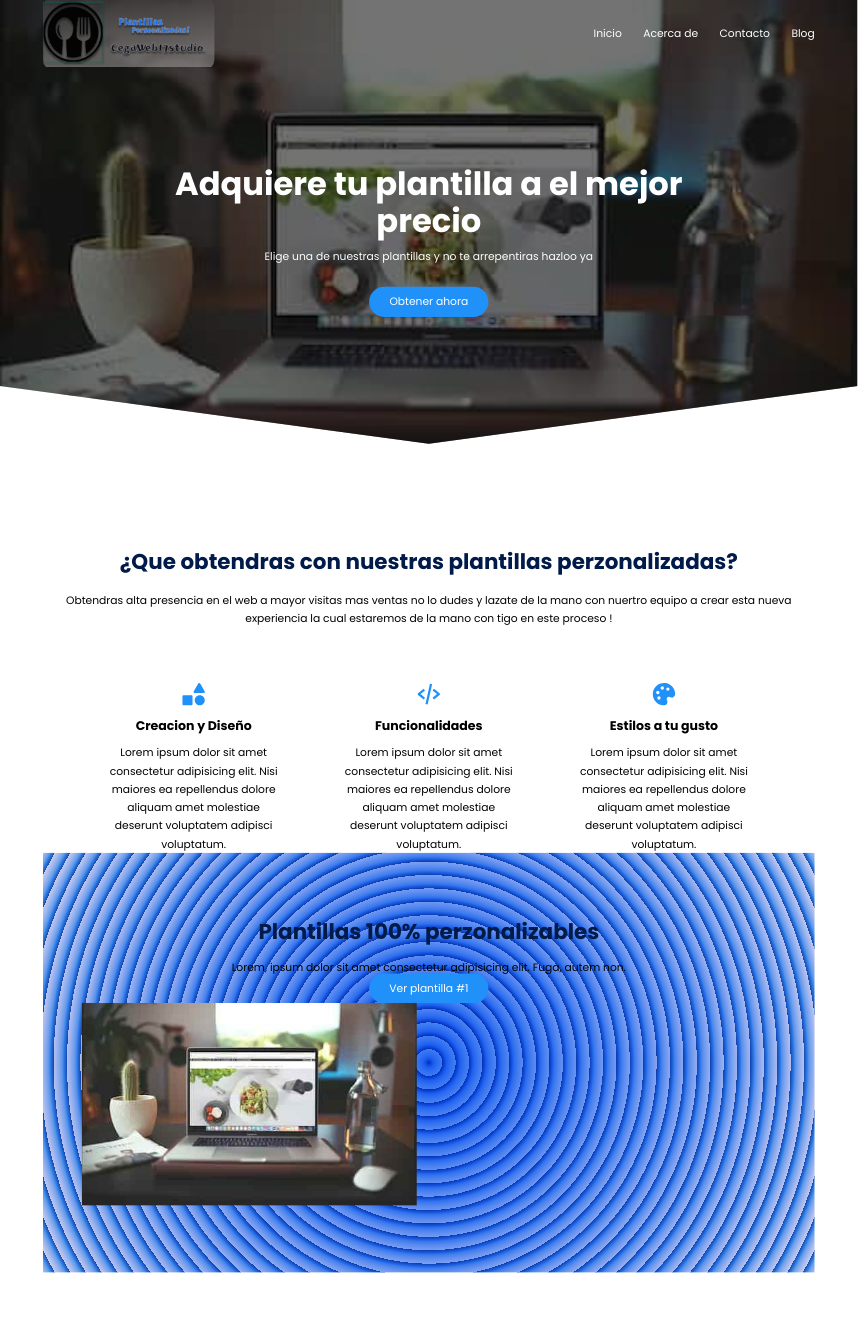
Repository: cega17/una-pagina-web
Page: index.html
These files come from the project's save history. The page is drawn as it stood at one moment and after the next save; the edit follows.
The browser window is 1280 px wide. The pictures show the whole page, at 67% of full size.

Above is the page before, as saved 2023-10-30 00:25:28.

### index.html
<!DOCTYPE html>
<html lang="en">
<head>
    <meta charset="UTF-8">
    <meta http-equiv="X-UA-Compatible" content="IE=edge">
    <meta name="viewport" content="width=device-width, initial-scale=1.0">
    <title>Una pagina web</title>
    <link rel="stylesheet" href="./css/normalize.css">
    <link rel="stylesheet" href="./css/styles.css">
    <link rel="icon" href="./imgs/logo.ico">
    <meta name="theme-color" content="#2091F9">

    <meta name="title" content="Obten la plantilla para tu negocio">
    <meta name="description"
        content="Hola, somos un equipo de desarrollo web que verás cuando busques algo de mi temática en Google.">
        <meta property="og:type" content="website">
    <meta property="og:url" content="Tu cueta donde este alojada la pagina web">

</head>
<body>

    <header class="hero">
        <nav class="nav container">
            <div class="nav__logo">
                <img src="./imgs/logo.ico" alt="" class="nav__title">
            </div>

            <ul class="nav__link nav__link--menu">
                <li class="nav__items">Inicio</li>
                <li class="nav__items">Acerca de</li>
                <li class="nav__items">Contacto</li>
                <li class="nav__items">Blog</li>

                <img src="./imgs/close.svg" alt="" class="nav__close">

            </ul>
            <div class="nav__menu">
                <img src="./imgs/menu.svg" alt="" class="nav__img">
            </div>
        </nav>

        <section class="hero__container container">
            <h1 class="hero__title">Adquiere tu plantilla a el mejor precio</h1>
            <p class="hero__paragraph">Elige una de nuestras plantillas y no te arrepentiras hazloo ya</p>
            <a href="#" class="cta">Obtener ahora</a>

        </section>

    </header>

    <main>

        <section class="container about">
            <h2 class="subtitle">¿Que obtendras con nuestras plantillas perzonalizadas?</h2>

            <p class="about__paragraph">Obtendras alta presencia en el web a mayor visitas mas ventas no lo dudes y lazate de la mano con nuertro equipo a crear esta nueva experiencia la cual estaremos de la mano con tigo en este proceso !
            </p>

            <div class="about__main">

                <article class="about__icons">
                    <img src="./imgs/shapes.svg" alt="" class="about__icon">
                    <h3 class="about__title">Creacion y Diseño</h3>
                    <p class="about__paragraph">Lorem ipsum dolor sit amet consectetur adipisicing elit. Nisi maiores ea repellendus dolore aliquam amet molestiae deserunt voluptatem adipisci voluptatum.</p>
                </article>

                <article class="about__icons">
                    <img src="./imgs/code.svg" alt="" class="about__icon">
                    <h3 class="about__title">Funcionalidades</h3>
                    <p class="about__paragraph">Lorem ipsum dolor sit amet consectetur adipisicing elit. Nisi maiores ea repellendus dolore aliquam amet molestiae deserunt voluptatem adipisci voluptatum.</p>
                </article>

                <article class="about__icons">
                    <img src="./imgs/paint.svg" alt="" class="about__icon">
                    <h3 class="about__title">Estilos a tu gusto </h3>
                    <p class="about__paragraph">Lorem ipsum dolor sit amet consectetur adipisicing elit. Nisi maiores ea repellendus dolore aliquam amet molestiae deserunt voluptatem adipisci voluptatum.</p>
                </article>

            </div>

            <section class="knowledge">
                <div class="knowledge__container container">
                    <div class="knowledge__texts">
                        <h2 class="subtitle">Plantillas 100% perzonalizables</h2>
                        <p class="knowledge__paragraph">Lorem, ipsum dolor sit amet consectetur adipisicing elit. Fuga, autem non.</p>
                        <a href="" class="cta">Ver plantilla #1</a>
                    </div>

                <figure class="knowledge__picture">
                    <img src="./imgs/fondo-una-pagina.jpg" class="knowledge__img" alt="">

                </figure>
            </section>
        </div>

    </main>

</body>
</html>

### css/styles.css
@import url('https://fonts.googleapis.com/css2?family=Poppins:wght@300;400;600;700&display=swap');

:root {
    --padding-container: 100px 0;
    --color-title: #001A49;
}

body {
    font-family: 'Poppins', sans-serif;
}
.container{
    width: 90%;
    max-width: 1200px;
    margin: 0 auto;
    overflow: hidden;
    padding: var(--padding-container);
}

.hero{

    width: 100%;
    height: 100vh;
    min-height: 600px;
    max-height: 800px;
    position: relative;
    display: grid;
    grid-template-rows: 100px 1fr;
    color: #fff;
}

.hero::before{
    content: "";
    position: absolute;
    top: 0;
    left: 0;
    width: 100%;
    height: 100%;
    background-image: linear-gradient(180deg, #0000008c 0%, #0000008c 100%), url('../imgs/fondo-una-pagina.jpg');
    background-size: cover;
    clip-path: polygon(0 0, 100% 0, 100% 80%, 50% 92%, 0 80%);
    z-index: -1;
}

/* Inicio de nav*/

.nav{
    --padding-container:0;
    height: 100%;
    display:flex;
    align-items: center;
}
.nav__title{
    font-weight: 300;
}

.nav__link{
    margin-left: auto;
    padding: 0;
    display: grid;
    grid-auto-flow: column;
    grid-auto-columns: max-content;
    gap: 2em;
}
.nav__items{
    list-style: none;
}
.nav__links{
    color:#fff;
    text-decoration: none;
}
.nav__menu{
    margin-left: auto;
    cursor: pointer;
    display:none;
}
.nav__img{
    display: block;
    width: 30px;
}
.nav__close{
    display: var(--show, none);
}

/* fin de nav */

/* Inicio hero container */

.hero__container{
    max-width: 800px;
    --padding-container:0;
    display: grid;
    grid-auto-rows: max-content;
    align-content: center;
    gap: 1em;
    padding-bottom: 100px;
    text-align: center;
}
.nav__logo{
    background:linear-gradient(180deg, #4441418c 0%, #aeaaaa84 100%);
    border-radius:15px;


}
.hero__title{
    font-size: 3rem;

}
.hero__paragraph{
    margin-bottom: 20px;

}
.cta{
    display: inline-block;
    background-color: #2091f9;
    justify-self: center;
    color:#fff;
    text-decoration: none;
    padding:13px 30px ;
    border-radius: 32px;
}

/* Inicio about */

.about{
    text-align: center;
}
.subtitle{
    color: var( --color-title);
    font-size: 2rem;
    margin-bottom: 25px;
}
.about__paragraph{
    line-height: 1.7;
}
.about__main{
    padding-top: 80px;
    display: grid;
    width: 90%;
    margin: 0 auto;
    gap: 1em;
    overflow: hidden;
    grid-template-columns: repeat(auto-fit, minmax(260px, auto));
}
.about__icons{
    display: grid;
    gap: 1em;
    justify-items: center;
    width: 260px;
    overflow: hidden;
    margin: 0 auto;
}
.about__icon{
    width: 40px;
}

/* Fin about */

/* Inicio knowledge */

.knowledge{
    background-color: #e5e5f7;
    background-image: radial-gradient(circle at center center, #3d86fc, #e5e5f7), repeating-radial-gradient(circle at center center, #1e5fba, #44a9f7, 10px, transparent 20px, transparent 10px);
    background-blend-mode: multiply;
    overflow: hidden;
}

.knowledge__container{
    display: grid;
    /*grid-template-columns: 1fr 1fr;
    gap: 1em;
    align-items:center;*/


}
.knowledge__picture{
    max-width: 500px;
}
.knowledge__img{
    width: 100%;
    display: block;
}

### imgs/close.svg
<svg xmlns="http://www.w3.org/2000/svg" width="24" height="24" viewBox="0 0 24 24" style="fill: #fff);transform: ;msFilter:;"><path d="M12 2C6.486 2 2 6.486 2 12s4.486 10 10 10 10-4.486 10-10S17.514 2 12 2zm4.207 12.793-1.414 1.414L12 13.414l-2.793 2.793-1.414-1.414L10.586 12 7.793 9.207l1.414-1.414L12 10.586l2.793-2.793 1.414 1.414L13.414 12l2.793 2.793z"></path></svg>

### imgs/menu.svg
<svg xmlns="http://www.w3.org/2000/svg" width="24" height="24" viewBox="0 0 24 24" style="fill: #fff);transform: ;msFilter:;"><path d="M4 6h16v2H4zm4 5h12v2H8zm5 5h7v2h-7z"></path></svg>

### imgs/shapes.svg
<svg xmlns="http://www.w3.org/2000/svg" width="24" height="24" viewBox="0 0 24 24" style="fill: #2091f9;transform: ;msFilter:;"><path d="M17.867 2.504c-.355-.624-1.381-.623-1.736 0l-3.999 7A1 1 0 0 0 13 11h8a1.001 1.001 0 0 0 .868-1.496l-4.001-7zM3 22h7a1 1 0 0 0 1-1v-7a1 1 0 0 0-1-1H3a1 1 0 0 0-1 1v7a1 1 0 0 0 1 1zm14.5-9c-2.481 0-4.5 2.019-4.5 4.5s2.019 4.5 4.5 4.5 4.5-2.019 4.5-4.5-2.019-4.5-4.5-4.5z"></path></svg>

### imgs/code.svg
<svg xmlns="http://www.w3.org/2000/svg" width="24" height="24" viewBox="0 0 24 24" style="fill:  #2091f9;transform: ;msFilter:;"><path d="m7.375 16.781 1.25-1.562L4.601 12l4.024-3.219-1.25-1.562-5 4a1 1 0 0 0 0 1.562l5 4zm9.25-9.562-1.25 1.562L19.399 12l-4.024 3.219 1.25 1.562 5-4a1 1 0 0 0 0-1.562l-5-4zm-1.649-4.003-4 18-1.953-.434 4-18z"></path></svg>

### imgs/paint.svg
<svg xmlns="http://www.w3.org/2000/svg" width="24" height="24" viewBox="0 0 24 24" style="fill:  #2091f9;transform: ;msFilter:;"><path d="M9.38 21.646A9.985 9.985 0 0 0 12 22l.141-.001a2.998 2.998 0 0 0 2.515-1.425c.542-.876.6-1.953.153-2.88l-.198-.415c-.453-.942-.097-1.796.388-2.281.485-.485 1.341-.841 2.28-.388h.001l.413.199a2.99 2.99 0 0 0 2.881-.153A2.997 2.997 0 0 0 22 12.141a9.926 9.926 0 0 0-.353-2.76c-1.038-3.827-4.353-6.754-8.246-7.285-3.149-.427-6.241.602-8.471 2.833S1.666 10.247 2.096 13.4c.53 3.894 3.458 7.208 7.284 8.246zM15.5 6a1.5 1.5 0 1 1 0 3 1.5 1.5 0 0 1 0-3zm-5-1a1.5 1.5 0 1 1 0 3 1.5 1.5 0 0 1 0-3zM9 15.506a1.5 1.5 0 1 1-3 0 1.5 1.5 0 0 1 3 0zm-2.5-6.5a1.5 1.5 0 1 1-.001 3.001A1.5 1.5 0 0 1 6.5 9.006z"></path></svg>

Loaded but not shown: css/normalize.css (library)

After the next save:
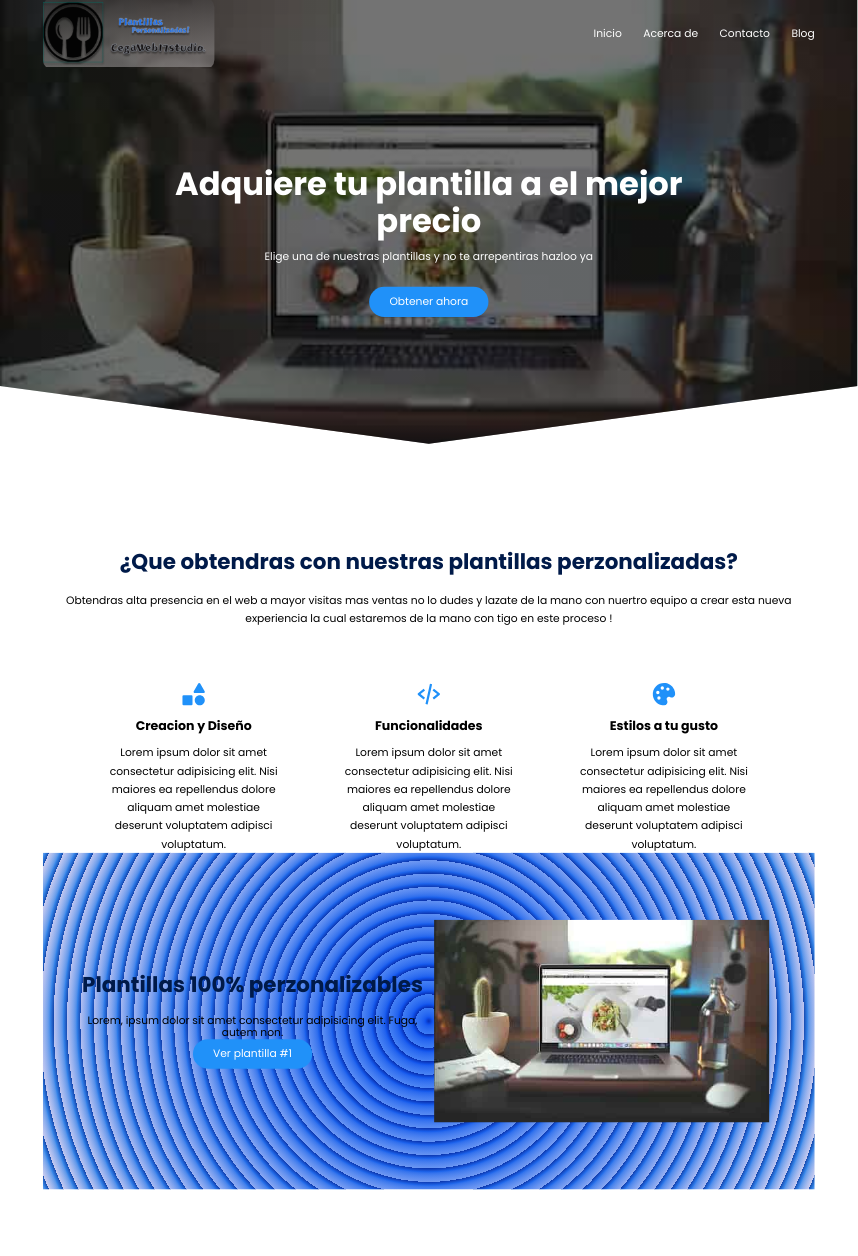
Saved 20 s later.
--- a/css/styles.css
+++ b/css/styles.css
@@ -166,9 +166,9 @@ body {
 
 .knowledge__container{
     display: grid;
-    /*grid-template-columns: 1fr 1fr;
+    grid-template-columns: 1fr 1fr;
     gap: 1em;
-    align-items:center;*/
+    align-items:center;
 
 
 }
